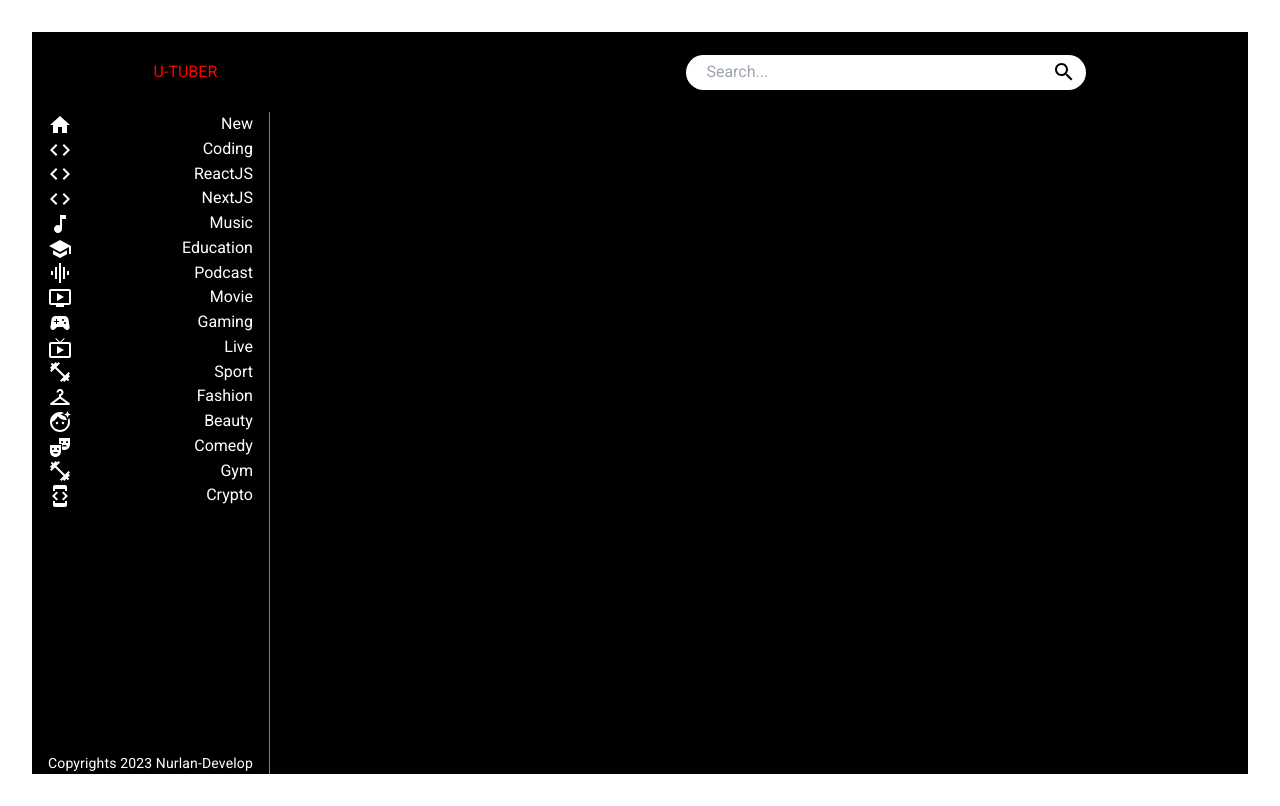
Repository: Nurlan-Bakenbaev/YoutubeClone
Page: /
These files come from the project's save history. The page is drawn as it stood at one moment and after a run of saves; the edit follows.
The browser window is 1280 px wide. The pictures show the whole page.
The project was rebuilt for these pictures with package versions that can differ from the ones it lists, and the page was loaded fresh each time. Also part of the build but not shown: vite.config.js, src/components/VideoDetails.jsx, src/components/SearchFeed.jsx, src/components/ChannelDetails.jsx.

Above is the page before, as saved 2023-09-06 10:02:44.

### index.html
<!DOCTYPE html>
<html lang="en">
  <head>
    <link
      rel="stylesheet"
      href="https://fonts.googleapis.com/icon?family=Material+Icons"
    />
    <link rel="preconnect" href="https://fonts.googleapis.com" />
    <link rel="preconnect" href="https://fonts.gstatic.com" crossorigin />
    <link
      rel="stylesheet"
      href="https://fonts.googleapis.com/css2?family=Roboto:wght@300;400;500;600;700&display=swap"
    />

    <meta charset="UTF-8" />
    <link rel="icon" type="image/svg+xml" href="/vite.svg" />
    <meta name="viewport" content="width=device-width, initial-scale=1.0" />
    <title>Youtube Clone</title>
  </head>
  <body>
    <div id="root"></div>
    <script type="module" src="/src/main.jsx"></script>
  </body>
</html>

### src/App.jsx
import "./App.css";
import { BrowserRouter, Routes, Route } from "react-router-dom";
import { Box } from "@mui/material";
import Navbar from './components/Navbar'
import Feed from './components/Feed'
import VideoDetails from './components/VideoDetails'
import SearchFeed from './components/SearchFeed'
import ChannelDetails from './components/ChannelDetails'


const App = () => (
  <BrowserRouter>
    <Box sx={{ backgroundColor: "#000" }}>
      <Navbar/>
      <Routes>
        <Route path="/" element={<Feed />} />
        <Route path="/video:id" element={<VideoDetails />} />
        <Route path="/channel:id" element={<ChannelDetails />} />
        <Route path="/search/:searchTerm" element={<SearchFeed />} />
      </Routes>
    </Box>
  </BrowserRouter>
);

export default App;

### src/index.css
@import "tailwindcss/base";
@import "tailwindcss/components";
@import "tailwindcss/utilities";


body {
  font-family: "Roboto", sans-serif;
  margin: 0;
  padding: 0;
  box-sizing: border-box;
}
a{
  color:inherit;
  text-decoration: none;
}

### src/components/Navbar.jsx
import { Stack } from "@mui/material";
import { Link } from "react-router-dom";
import SearchBar from "./SearchBar";

const Navbar = () => {
  return (
    <Stack
      direction="row"
      alignItems="center"
      sx={{
        position: "sticky",
        background: "black",
        top: "0",
        justifyContent: "space-between",
        height: "80px",
        margin:'0 auto',
        width:'80%'
      }}
    >
      <Stack
        sx={{
          display: "flex",
          flexDirection: "row",
          alignItems: "center",
          color: "red",
        }}
      >
        <Link className="uppercase" to={"/"}>
          U-tuber
        </Link>
      </Stack>
      <SearchBar />
    </Stack>
  );
};

export default Navbar;

### src/components/Feed.jsx
import React, { useState, useEffect } from "react";
import { Box, Stack, Typography } from "@mui/material";
import SideBar from "./SideBar";
const Feed = () => {
  return (
    <Stack sx={{ flexDirection: { sx: "column", md: "row" } }}>
      <Box
        sx={{
          height: { sx: "auto", md: "92vh" },
          borderRight: "1px solid gray",
          px: { sx: 0, md: 2 },
        }}
      >
        <SideBar/>
        <Typography
          className="copyright"
          variant="body2"
          sx={{ mt: 1.5, color: "white" }}>
          Copyrights 2023 Nurlan-Develop
        </Typography>
      </Box>
    </Stack>
  );
};

export default Feed;

### src/components/SearchBar.jsx
import React from "react";
import { useState } from "react";
import { useNavigate } from "react-router-dom";
import { Paper, IconButton } from "@mui/material";
import SearchIcon from "@mui/icons-material/Search";
const SearchBar = () => {
  return (
    <Paper
      component="form"
      onSubmit={() => {}}
      sx={{
        borderRadius: "20px",
        pl: 2,
        boxShadow: "none",
        display: "flex",
        alignItems: "center",
        width: "400px",
        height: "35px",
        mr: { sm: 5 },
      }}
    >
      <input
        className="flex-1 p-1 outline-none"
        placeholder="Search..."
        type="text"
        onChange={() => {}}/>
      <IconButton type="submit" sx={{ p: "10px", color: "black" }}>
        <SearchIcon />
      </IconButton>
    </Paper>
  );
};

export default SearchBar;

### src/components/SideBar.jsx
import React from "react";
import { Stack } from "@mui/material";
import { categories } from "./helpers/constants";

const SideBar = () => {
  return (
    <Stack
      direction="row"
      sx={{ overflowY: "auto",
      height: { sx: "auto", md: "95%" },
    flexDirection:{md:'column'} }}>
      {categories.map((cat) => (
        <button className=" flex  justify-between  text-white">
          <span> {cat.icon}</span>
          <span>{cat.name}</span>
        </button>
      ))}
    </Stack>
  );
};

export default SideBar;

### src/components/helpers/constants.jsx
import MusicNoteIcon from '@mui/icons-material/MusicNote';
import HomeIcon from '@mui/icons-material/Home';
import CodeIcon from '@mui/icons-material/Code';
import OndemandVideoIcon from '@mui/icons-material/OndemandVideo';
import SportsEsportsIcon from '@mui/icons-material/SportsEsports';
import LiveTvIcon from '@mui/icons-material/LiveTv';
import SchoolIcon from '@mui/icons-material/School';
import FaceRetouchingNaturalIcon from '@mui/icons-material/FaceRetouchingNatural';
import CheckroomIcon from '@mui/icons-material/Checkroom';
import GraphicEqIcon from '@mui/icons-material/GraphicEq';
import TheaterComedyIcon from '@mui/icons-material/TheaterComedy';
import FitnessCenterIcon from '@mui/icons-material/FitnessCenter';
import DeveloperModeIcon from '@mui/icons-material/DeveloperMode';


export const categories = [
  { name: 'New', icon: <HomeIcon />, },
  { name: 'Coding', icon: <CodeIcon />, },
  { name: 'ReactJS', icon: <CodeIcon />, },
  { name: 'NextJS', icon: <CodeIcon />, },
  { name: 'Music', icon: <MusicNoteIcon /> },
  { name: 'Education', icon: <SchoolIcon />, },
  { name: 'Podcast', icon: <GraphicEqIcon />, },
  { name: 'Movie', icon: <OndemandVideoIcon />, },
  { name: 'Gaming', icon: <SportsEsportsIcon />, },
  { name: 'Live', icon: <LiveTvIcon />, },
  { name: 'Sport', icon: <FitnessCenterIcon />, },
  { name: 'Fashion', icon: <CheckroomIcon />, },
  { name: 'Beauty', icon: <FaceRetouchingNaturalIcon />, },
  { name: 'Comedy', icon: <TheaterComedyIcon />, },
  { name: 'Gym', icon: <FitnessCenterIcon />, },
  { name: 'Crypto', icon: <DeveloperModeIcon />, },
];

export const demoThumbnailUrl = 'https://i.ibb.co/G2L2Gwp/API-Course.png';
export const demoChannelUrl = '/channel/UCmXmlB4-HJytD7wek0Uo97A';
export const demoVideoUrl = '/video/GDa8kZLNhJ4';
export const demoChannelTitle = 'JavaScript Mastery';
export const demoVideoTitle = 'Build and Deploy 5 JavaScript & React API Projects in 10 Hours - Full Course | RapidAPI';
export const demoProfilePicture = 'http://dergipark.org.tr/assets/app/images/buddy_sample.png'

Loaded but not shown: src/main.jsx (common file); src/App.css (common file); tailwind.config.js (common file)

After the next 4 saves:
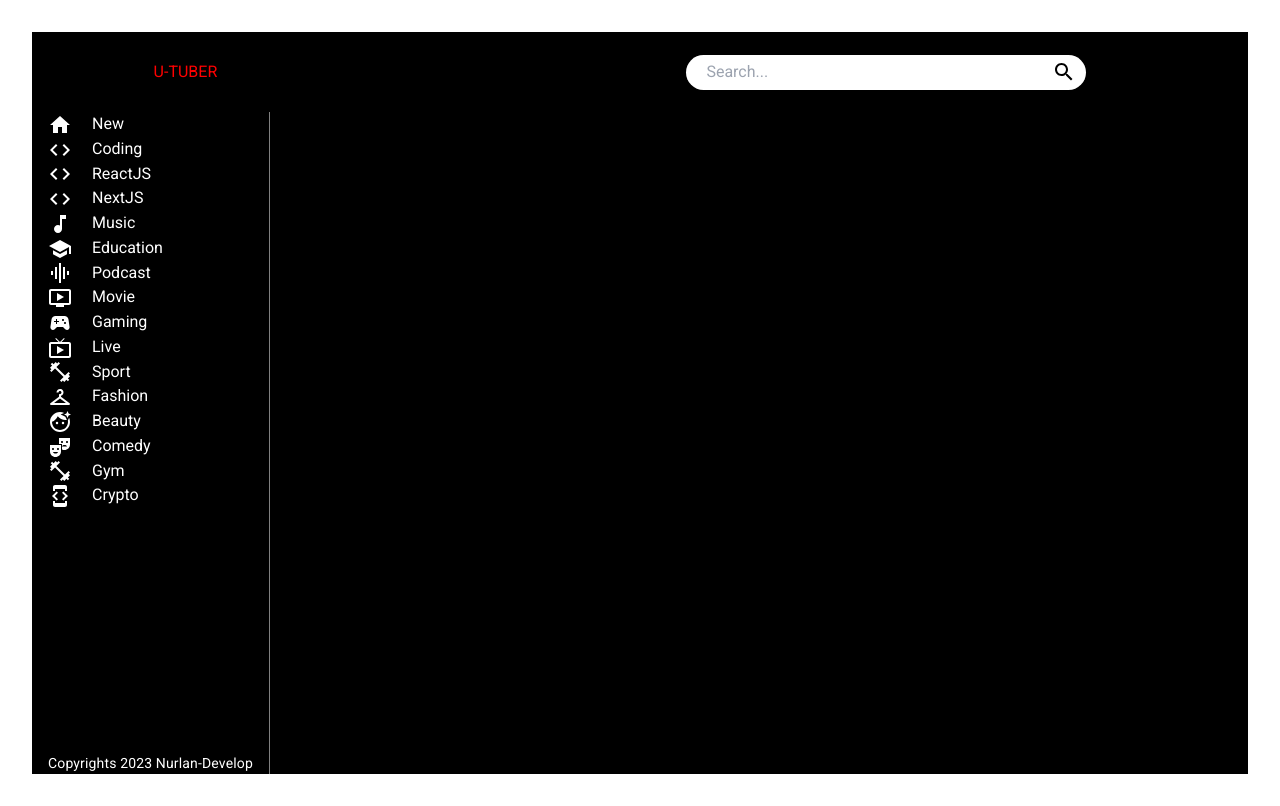
The 4 saves are shown as one change because they came seconds apart.
The last was saved 26 s later.
--- a/src/components/SideBar.jsx
+++ b/src/components/SideBar.jsx
@@ -10,7 +10,7 @@ const SideBar = () => {
       height: { sx: "auto", md: "95%" },
     flexDirection:{md:'column'} }}>
       {categories.map((cat) => (
-        <button className=" flex  justify-between  text-white">
+        <button className=" flex gap-5 text-white">
           <span> {cat.icon}</span>
           <span>{cat.name}</span>
         </button>
